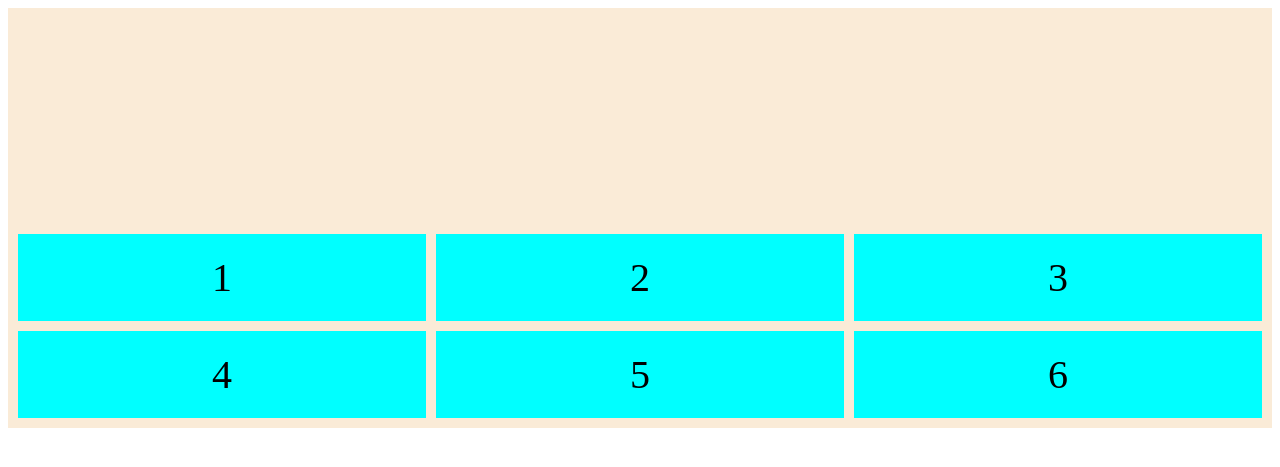
Repository: Thonghehe/Lab1_WEB106
Page: index11.html
These files come from the project's save history. The page is drawn as it stood at one moment and after the next save; the edit follows.
The browser window is 1280 px wide. The pictures show the whole page.

Above is the page before, as saved 2024-03-05 17:53:36.

### index11.html
<!DOCTYPE html>
<html lang="en">

<head>
    <meta charset="UTF-8">
    <meta name="viewport" content="width=device-width, initial-scale=1.0">
    <title>Document</title>
    <link rel="stylesheet" href="./style.css">
</head>

<body>
    <div class="grid-container">
        <div>1</div>
        <div>2</div>
        <div>3</div>
        <div>4</div>
        <div>5</div>
        <div>6</div>
    </div>
</body>

</html>

### style.css
.grid-container {
    display: grid;
    height: 400px;
    align-content: end;
    grid-template-columns: auto auto auto;
    gap: 10px;
    background-color: antiquewhite;
    padding: 10px;
}

.grid-container>div {
    background-color: aqua;
    text-align: center;
    padding: 20px;
    font-size: 40px;
}

After the next save:
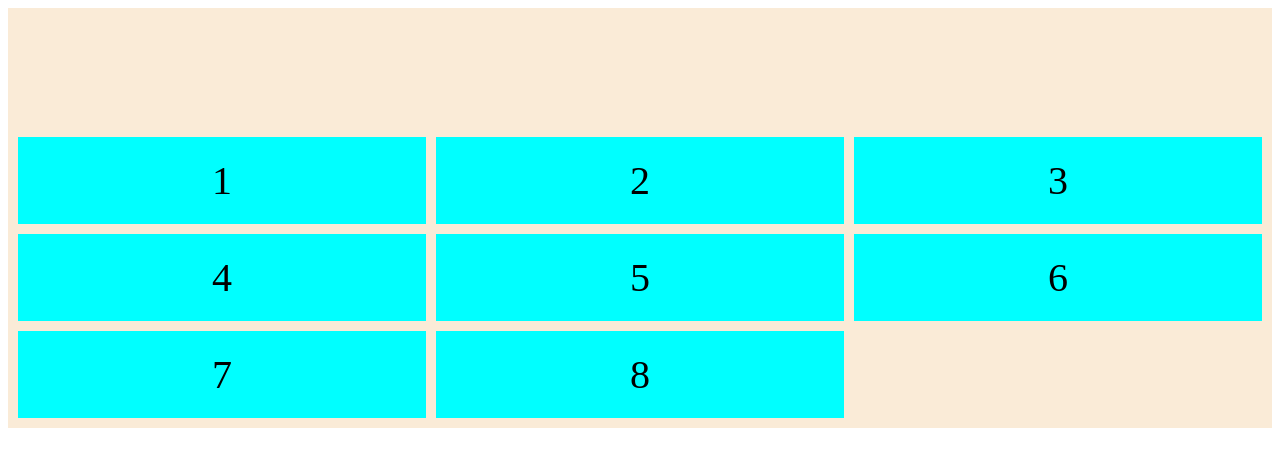
Saved 6 min 44 s later.
--- a/index11.html
+++ b/index11.html
@@ -10,12 +10,14 @@
 
 <body>
     <div class="grid-container">
-        <div>1</div>
-        <div>2</div>
-        <div>3</div>
-        <div>4</div>
-        <div>5</div>
-        <div>6</div>
+        <div class="item1">1</div>
+        <div class="item2">2</div>
+        <div class="item3">3</div>
+        <div class="item4">4</div>
+        <div class="item5">5</div>
+        <div class="item6">6</div>
+        <div class="item7">7</div>
+        <div class="item8">8</div>
     </div>
 </body>
 
